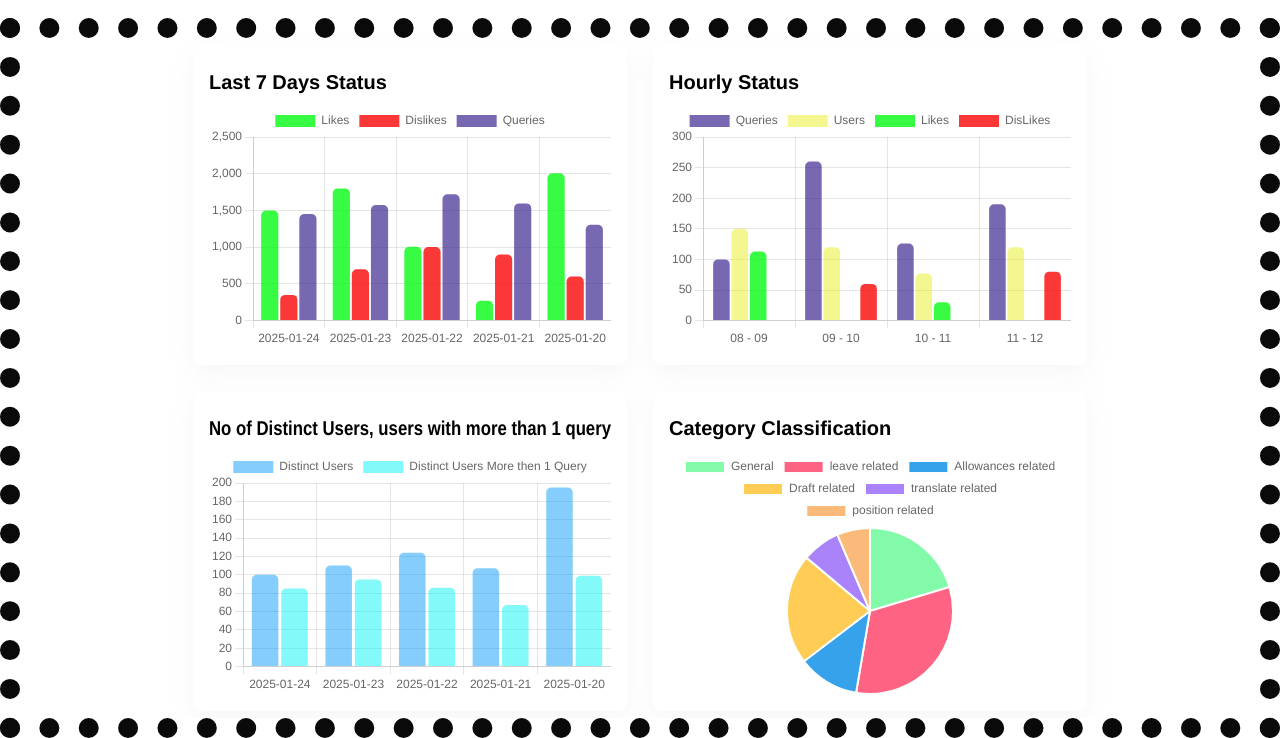
Repository: NAGARAJ-DEVELOPER/Dashboard
Page: /
An editor plug-in stored every save of this project. The page is shown before and after the next save, followed by the edit.
The browser window is 1280 px wide. The pictures show the whole page.
The project was rebuilt for these pictures with package versions that can differ from the ones it lists, and the page was loaded fresh each time. Also part of the build but not shown: vite.config.js.

Above is the page before, as saved 2025-02-12 00:52:25.

After the next save:
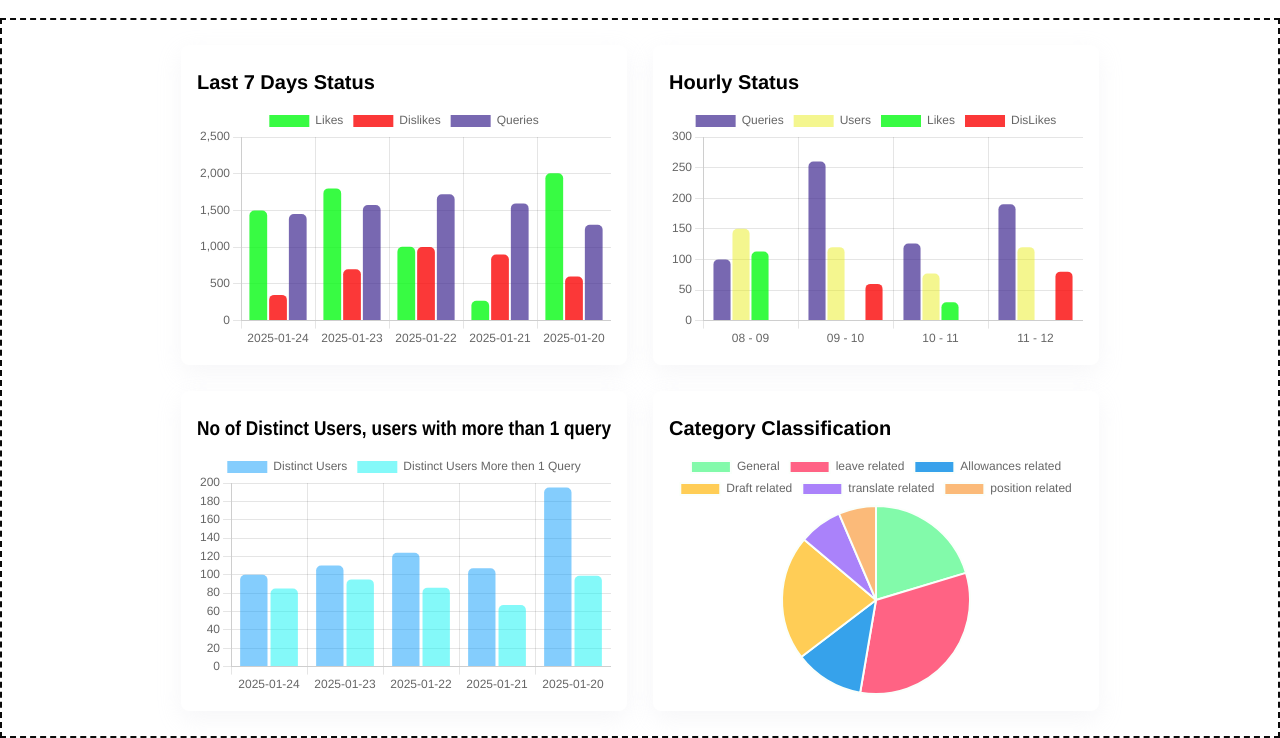
Saved 17 s later.
--- a/src/App.css
+++ b/src/App.css
@@ -10,7 +10,7 @@
   flex-wrap: wrap;
   background-color: #ffffff;
   overflow: auto;
-  border: 20px dotted #0a0a0a;
+  border: 2px dashed #0a0a0a;
 }
 
 .dotted {
